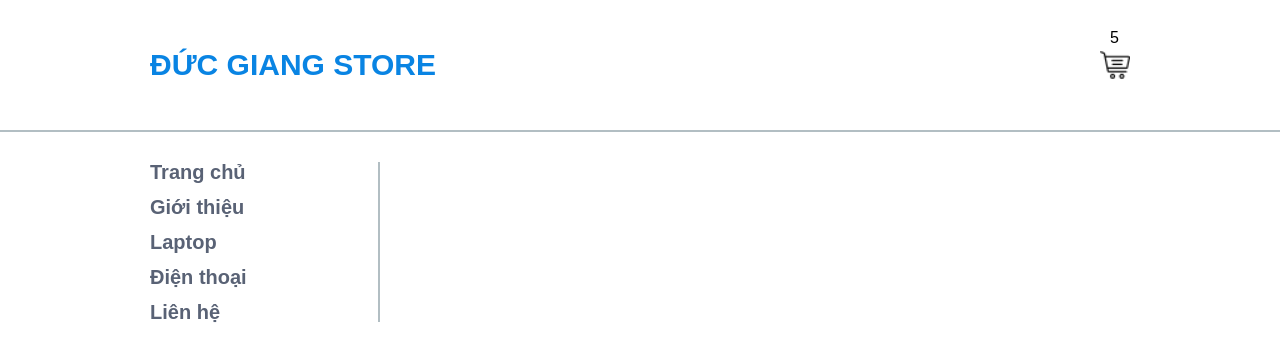
Repository: Giangattt123/PHP
Page: http://localhost/?mod=home
An editor plug-in stored every save of this project. The page is shown before and after the next save, followed by the edit.
The browser window is 1280 px wide. The pictures show the whole page.
Some web libraries are served in a nearby version. The page is run by PHP 8.4 with error messages shown; the project is at /var/www/html/.

Above is the page before, as saved 2023-03-21 15:24:18.
Console error: TypeError: Cannot read properties of null (reading 'addEventListener')

After the next save:
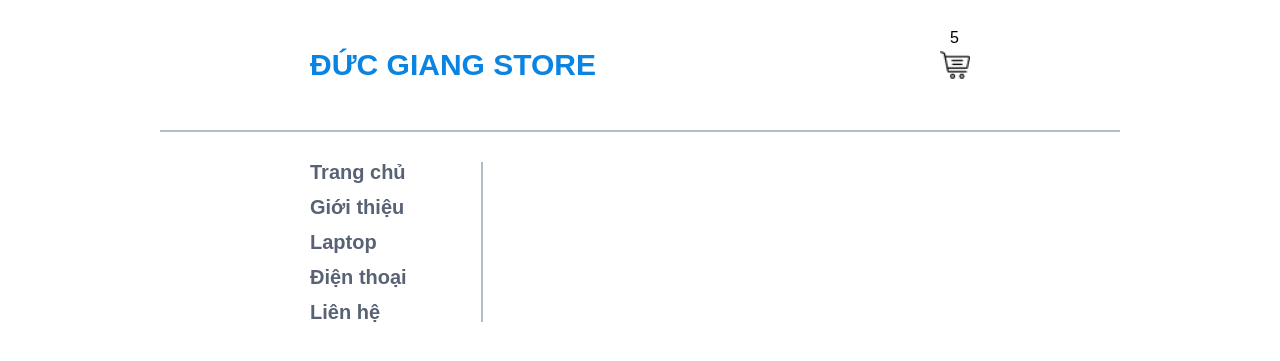
Saved 88 s later.
--- a/PHP_Shopping-Cart/Shopping_Cart/public/css/style.css
+++ b/PHP_Shopping-Cart/Shopping_Cart/public/css/style.css
@@ -192,7 +192,6 @@ p.desc_product {
   margin-right: 5px;
   font-size: 13px;
   border-radius: 3px;
-  cursor: pointer;
 }
 #checkout-cart:hover,
 #update-cart:hover {
@@ -237,3 +236,7 @@ p.desc_product {
   background: #efefef;
   border-top: 1px solid #dadada;
 }
+.wrapper {
+  margin: 0 auto;
+  width: 960px;
+}
